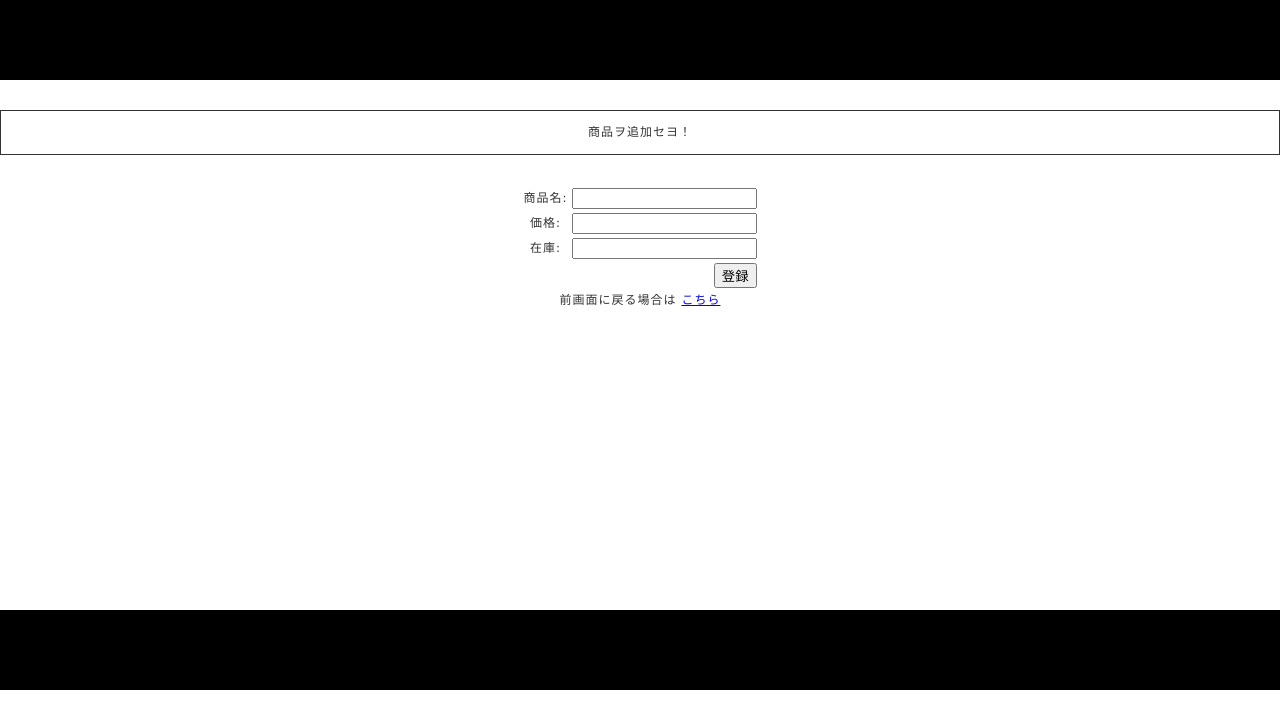
Repository: hirose0320/test
Page: http://localhost/ecsite2/ItemCreateAction.action
These files come from the project's save history. The page is drawn as it stood at one moment and after the next save; the edit follows.
The browser window is 1280 px wide. The pictures show the whole page.
The page is served by Tomcat 9. Other server files are loaded and not shown.

Above is the page before, as saved 2019-03-06 04:20:02.

### ecsite2/WebContent/itemCreate.jsp
<%@ page language="java" contentType="text/html; charset=UTF-8"
	pageEncoding="UTF-8"%>
<%@ taglib prefix="s" uri="/struts-tags"%>
<!DOCTYPE html PUBLIC "-//W3C//DTD HTML 4.01 Transitional//EN" "http://www.w3.org/TR/html4/loose.dtd">
<html>
<head>
<meta http-equiv="Content-Type" content="text/html; charset=UTF-8" />
<meta http-equiv="Content-Style-Type" content="text/css" />
<meta http-equiv="Content-Script-Type" content="text/javascript" />
<meta http-equiv="imagetoolbar" content="no" />
<meta name="description" content="" />
<meta name="keywords" content="" />
<title>ItemCreate画面</title>

<style type="text/css">
body {
	margin: 0;
	padding: 0;
	line-height: 1.6;
	letter-spacing: 1px;
	font-family: Verdana, Helvetica, sans-serif;
	font-size: 12px;
	color: #333;
	background: #fff;
}

table {
	text-align: center;
	margin: 0 auto;
}

#top {
	width: 780ox;
	margin: 30px auto;
	border: 1px solid #333;
}

#header {
	width: 100%;
	height: 80px;
	background-color: black;
}

#main {
	width: 100%;
	height: 500px;
	text-align: center;
}

#footer {
	width: 100%;
	height: 80px;
	background-color: black;
	clear: both;
}
</style>
</head>
<body>
	<div id="header">
		<div id="pr"></div>
	</div>
	<div id="main">
		<div id="top">
			<p>商品ヲ追加セヨ！</p>
		</div>
		<div>
			<s:if test="errorMessage !=''">
				<s:property value="errorMessage" escape="false" />
			</s:if>
			<table>
				<s:form action="ItemCreateConfirmAction">
					<tr>
						<td><label>商品名:</label></td>
						<td><input type="text" name="iname" value="" /></td>
					</tr>
					<tr>
						<td><label>価格:</label></td>
						<td><input type="text" name="iprice" value="" /></td>
					</tr>
					<tr>
						<td><label>在庫:</label></td>
						<td><input type="text" name="istock" value="" /></td>
					</tr>
					<s:submit value="登録" />
				</s:form>
			</table>
			<div>
				<span>前画面に戻る場合は</span> <a href='<s:url action="HomeAction"/>'>こちら</a>
			</div>
		</div>
	</div>
	<div id="footer">
		<div id="pr"></div>
	</div>

</body>
</html>

After the next save:
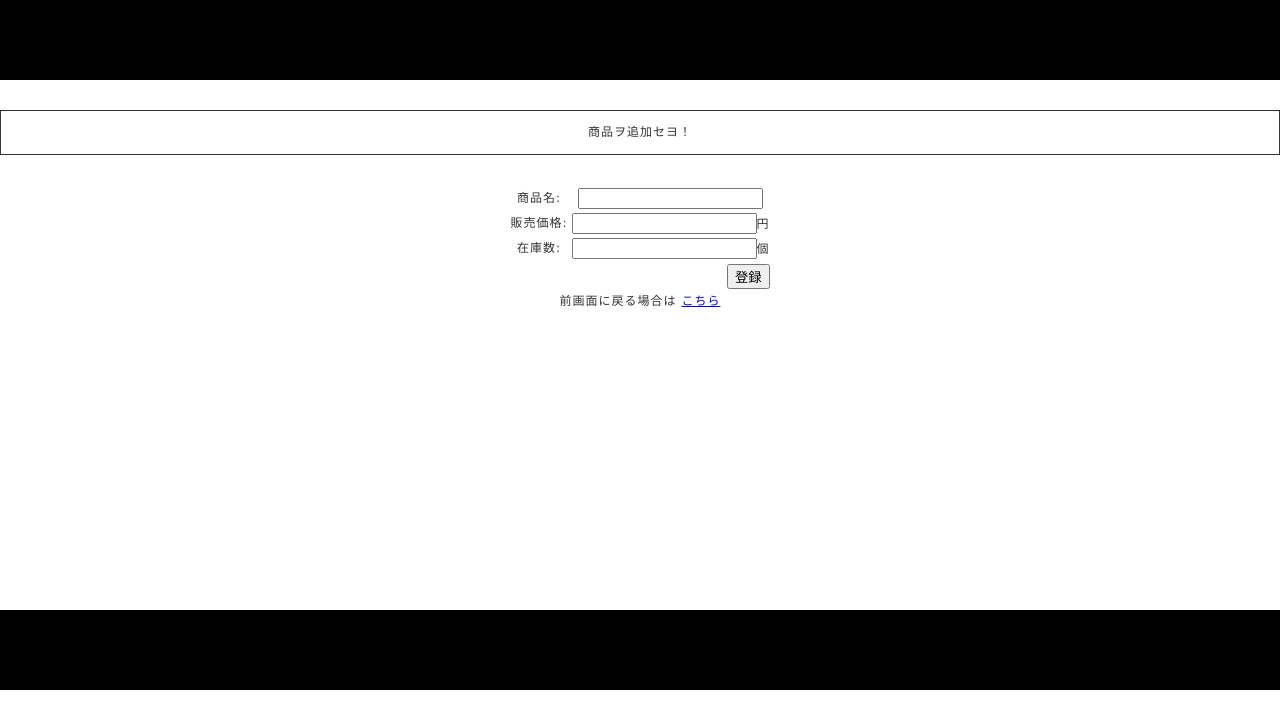
Saved 56 s later.
--- a/ecsite2/WebContent/itemCreate.jsp
+++ b/ecsite2/WebContent/itemCreate.jsp
@@ -74,12 +74,12 @@
 						<td><input type="text" name="iname" value="" /></td>
 					</tr>
 					<tr>
-						<td><label>価格:</label></td>
-						<td><input type="text" name="iprice" value="" /></td>
+						<td><label>販売価格:</label></td>
+						<td><input type="text" name="iprice" value="" /><span>円</span></td>
 					</tr>
 					<tr>
-						<td><label>在庫:</label></td>
-						<td><input type="text" name="istock" value="" /></td>
+						<td><label>在庫数:</label></td>
+						<td><input type="text" name="istock" value="" /><span>個</span></td>
 					</tr>
 					<s:submit value="登録" />
 				</s:form>
